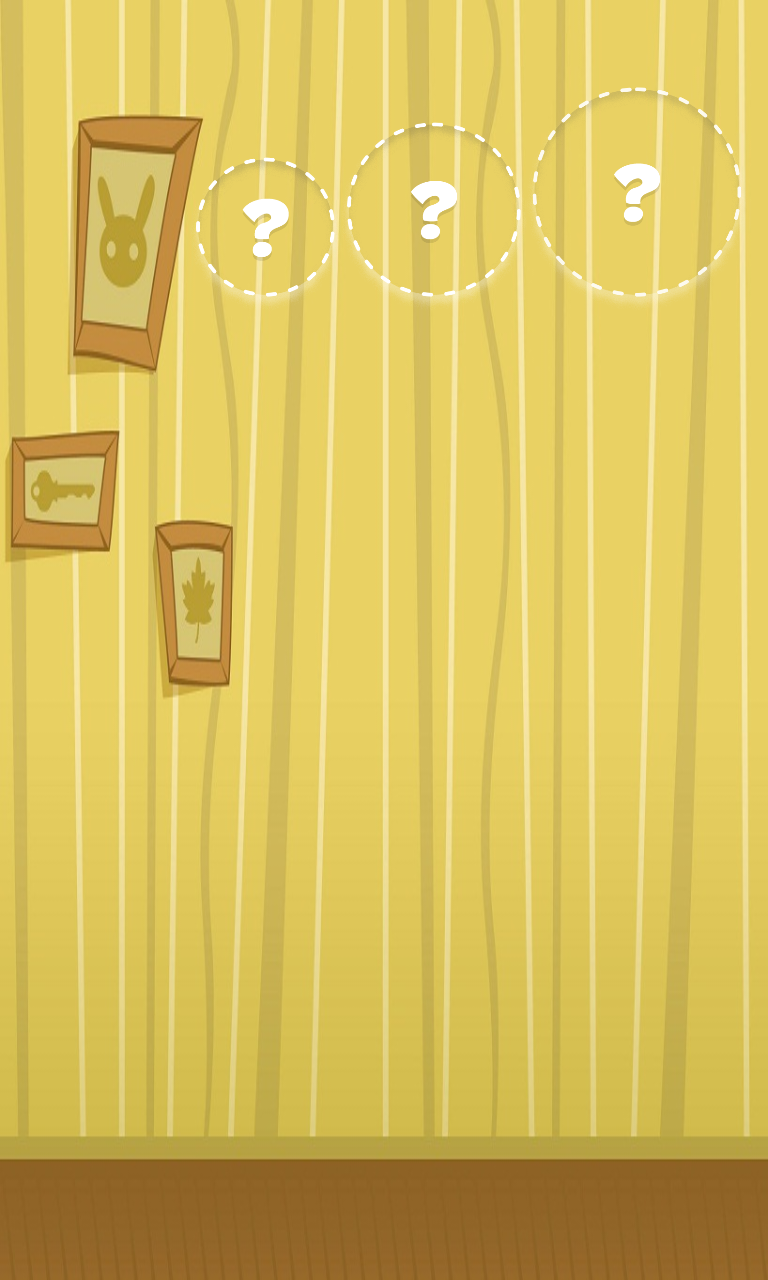
Repository: DimaPetrov/android
Layout: newapp/res/layout/puzzleback.xml
These files come from the project's save history. The layout is drawn as it stood at one moment and after the next save; the edit follows.
It is drawn on a 768 x 1280 px phone screen (xhdpi) without system bars, with theme AppTheme; the app's code is not run.

Above is the layout before, as saved 2012-10-24 08:29:50.

### newapp/res/layout/puzzleback.xml
<RelativeLayout xmlns:android="http://schemas.android.com/apk/res/android"
    xmlns:tools="http://schemas.android.com/tools"
    android:id="@+id/Rlay2"
    android:layout_width="match_parent"
    android:layout_height="match_parent" >

    <RelativeLayout
        android:layout_width="match_parent"
        android:layout_height="match_parent"
        android:layout_centerHorizontal="true"
        android:layout_centerVertical="true"
        android:background="@drawable/bg_games3" >

    </RelativeLayout>

    <ImageView
        android:id="@+id/imageView1"
        android:layout_width="300dp"
        android:layout_height="200dp"
        android:layout_alignParentRight="true"
        android:layout_alignParentTop="true"
        android:src="@drawable/p_games_sortslots" />

</RelativeLayout>

Loaded but not shown: newapp/res/values-v11/styles.xml (common file); newapp/res/values-v14/styles.xml (common file); newapp/res/values/styles.xml (common file)

After the next save:
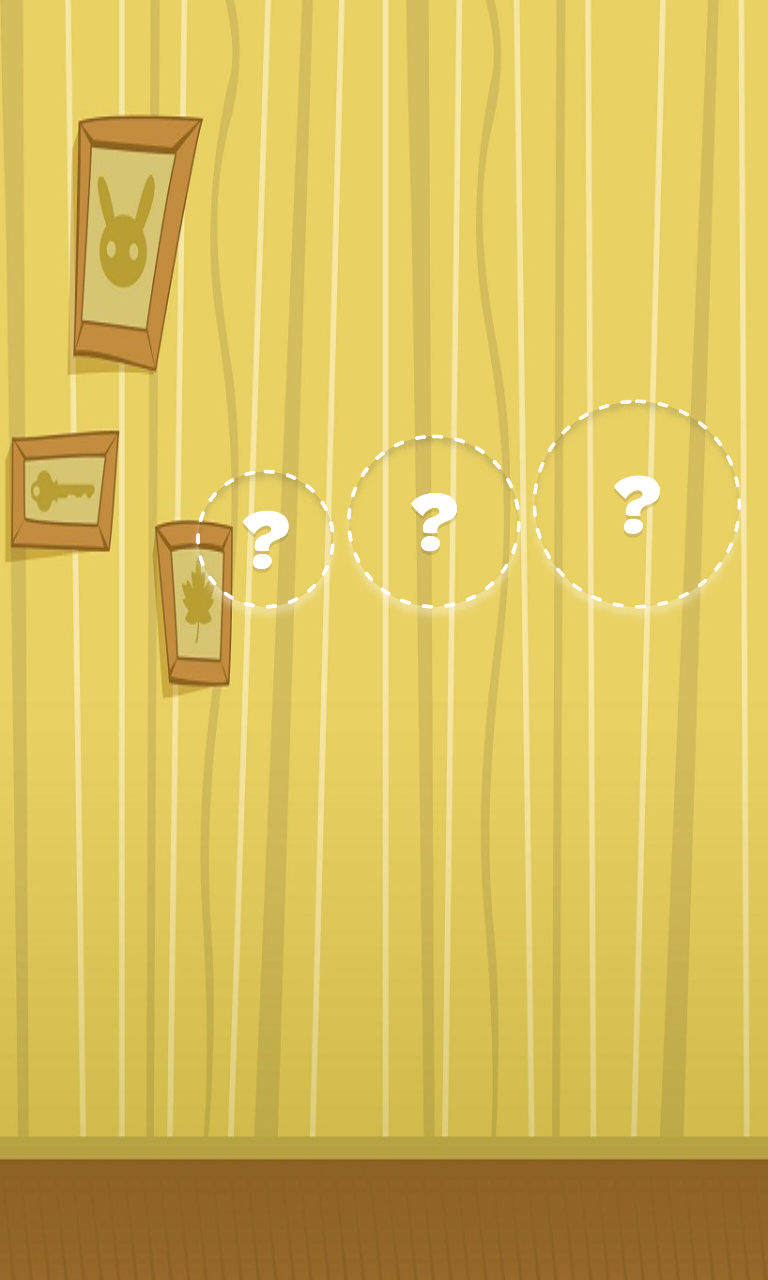
Saved 2 min 17 s later.
--- a/newapp/res/layout/puzzleback.xml
+++ b/newapp/res/layout/puzzleback.xml
@@ -16,7 +16,7 @@
     <ImageView
         android:id="@+id/imageView1"
         android:layout_width="300dp"
-        android:layout_height="200dp"
+        android:layout_height="wrap_content"
         android:layout_alignParentRight="true"
         android:layout_alignParentTop="true"
         android:src="@drawable/p_games_sortslots" />
